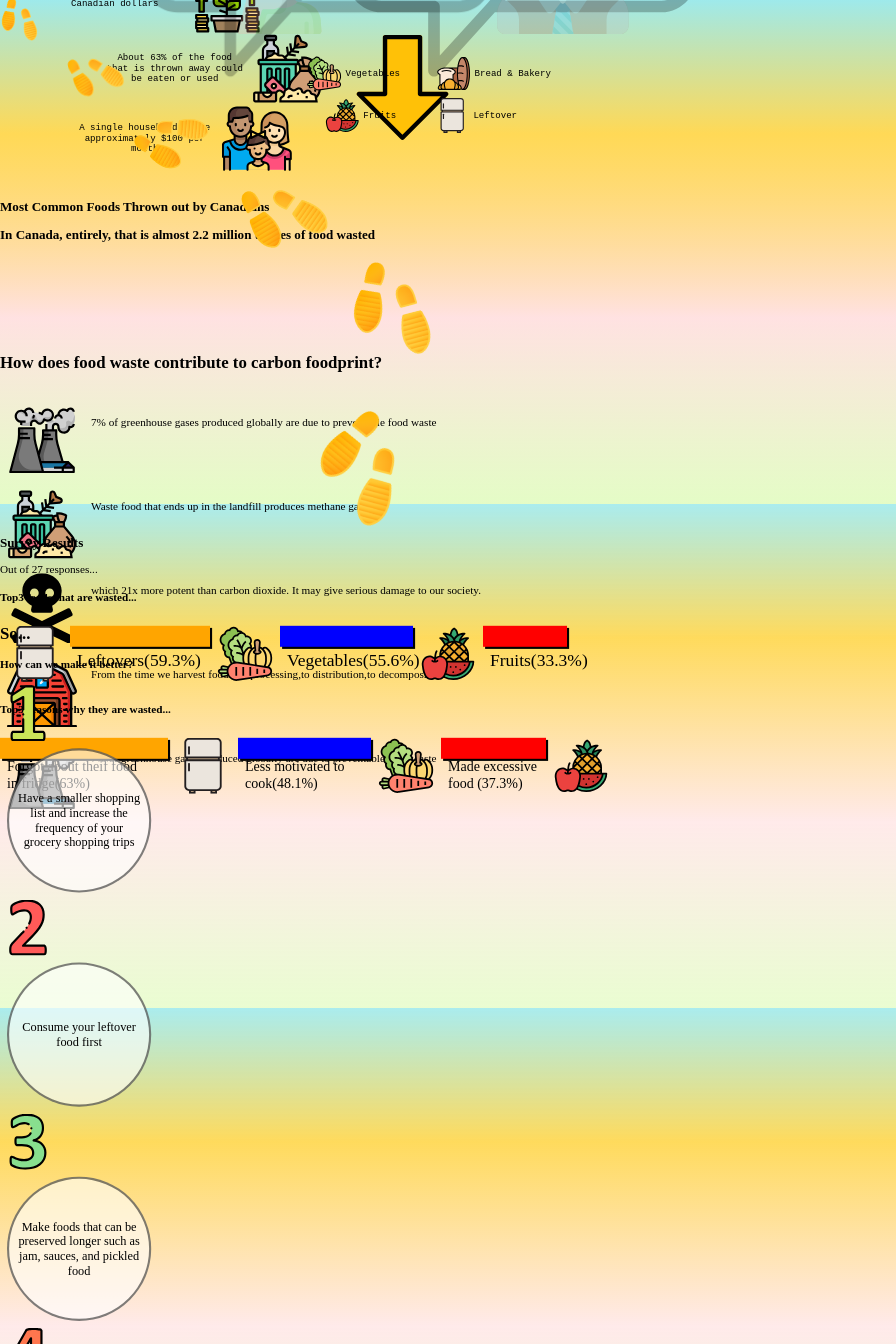
Repository: iorid3/Midterm
Page: index.html
The author's editor kept a copy of each file at every save. The page is drawn from the files as they stood at one save, then again after the next save.
The browser window is 1280 px wide. The pictures show the part of the page from y = 0 to 1920 px (the page is 2658 px tall before and 2758 px after), at 70% of full size.

Above is the page before, as saved 2021-03-09 11:39:37.

After the next save:
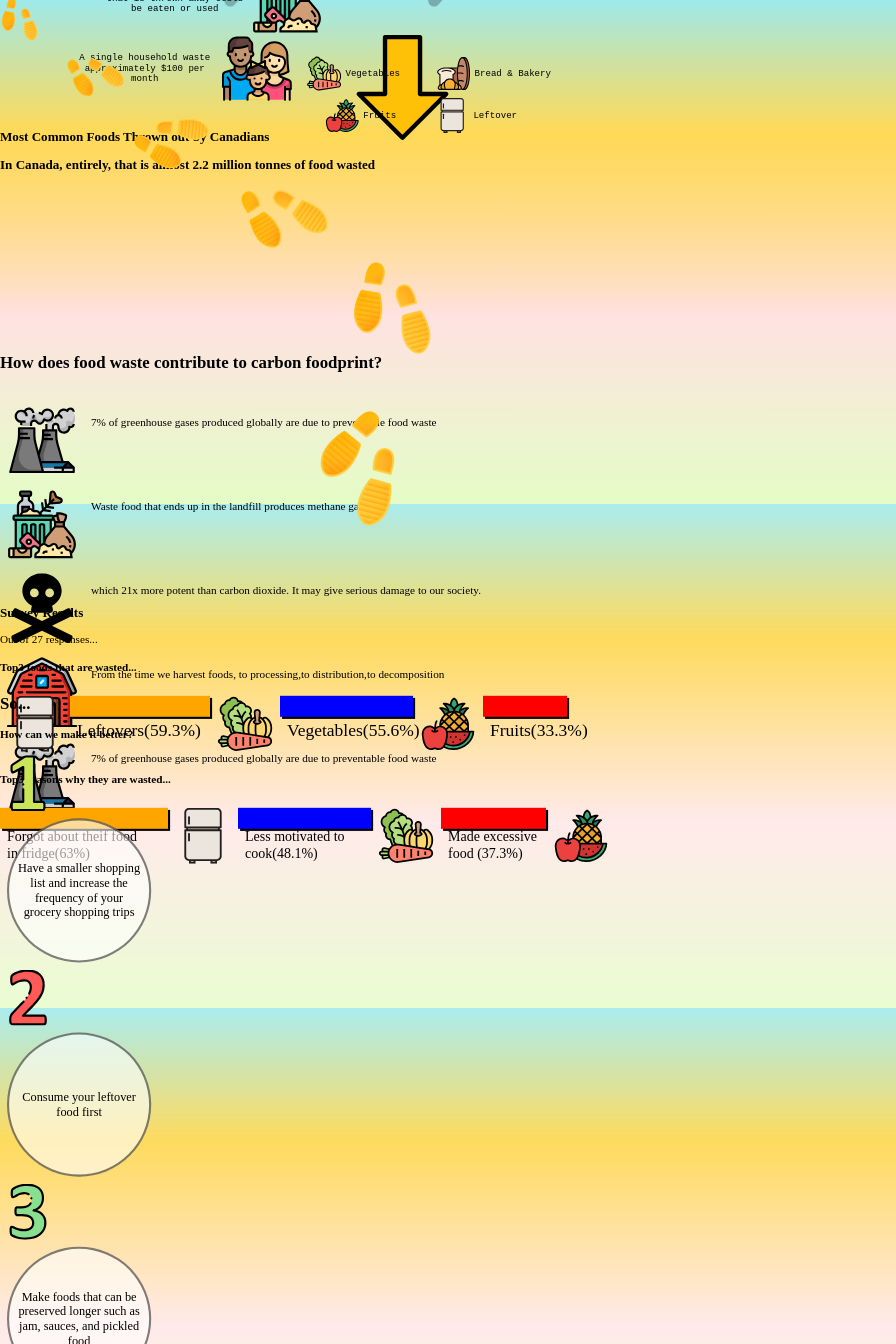
Saved 10 s later.
--- a/index.css
+++ b/index.css
@@ -27,7 +27,7 @@ html,body{
     flex-direction: column;
     width:100%;
     height:20%;
-    margin:100px;
+    margin:200px;
 }
 
 .section4{
